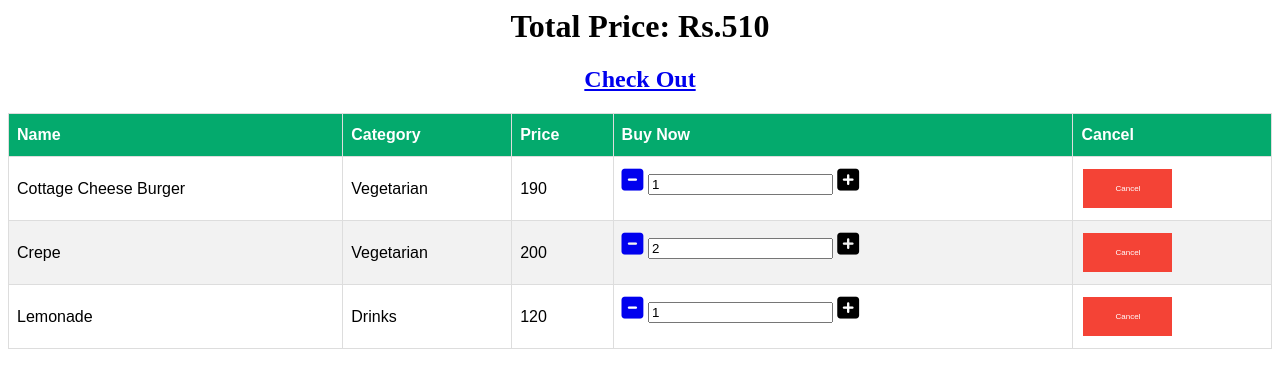
Repository: Shreya200012/FoodBox
Page: http://localhost/foodWeb/cart.jsp
An editor plug-in stored every save of this project. The page is shown before and after the next save, followed by the edit.
The browser window is 1280 px wide. The pictures show the whole page.
Some web libraries are served in a nearby version. The page is served by Tomcat 9. Other server files are loaded and not shown.

Above is the page before, as saved 2022-06-14 08:51:30.

### foodWeb/src/main/webapp/cart.jsp
<%@ page language="java" contentType="text/html; charset=ISO-8859-1"
    pageEncoding="ISO-8859-1"%>
<link rel="stylesheet" href="https://cdnjs.cloudflare.com/ajax/libs/font-awesome/6.1.1/css/all.min.css" />
<!DOCTYPE html>
<html>
<head>
<title>Cart Page</title>
<style>
#customers {
  font-family: Arial, Helvetica, sans-serif;
  border-collapse: collapse;
  width: 100%;
}

#customers td, #customers th {
  border: 1px solid #ddd;
  padding: 8px;
}

#customers tr:nth-child(even){background-color: #f2f2f2;}

#customers tr:hover {background-color: #ddd;}

#customers th {
  padding-top: 12px;
  padding-bottom: 12px;
  text-align: left;
  background-color: #04AA6D;
  color: white;
}
.button {
  background-color: #4CAF50; /* Green */
  border: none;
  color: white;
  padding: 15px 32px;
  text-align: center;
  text-decoration: none;
  display: inline-block;
  font-size: 8px;
  margin: 4px 2px;
  cursor: pointer;
}
.button3 {background-color: #f44336;} /* Red */
.btn-incre {
box-shadow:none;
font-size:25px;
}
.btn-decre{
box-shadow:none;
font-size:25px;
}


</style>
</head>
<body>
<div class="container">
<div class="d-flex py-3">
<h1 align="center">Total Price: Rs.510</h1>
<a class="mx-3 btn btn-primary" href="#" align="center"><h2>Check Out</h2></a>
</div>
<table id="customers">
<thead>
<tr>
<th scope="col">Name</th>
<th scope="col">Category</th>
<th scope="col">Price</th>
<th scope="col">Buy Now</th>
<th scope="col">Cancel</th>
</tr>
</thead>
<tbody>
<tr>
<td>Cottage Cheese Burger</td>
<td>Vegetarian</td>
<td>190</td>
<td>
<form action="" method="post" class="form-inline">
<input type="hidden" name="id" value="1" class="form-input">
<div class="form-group d-flex justify-content-between">
<a class="btn btn-sm btn-decre" href=" "><i class="fas fa-minus-square"></i></a>
<input type="text" name="quantity" class="form-control" value="1" readonly>
<a class="btn btn-sm btn-incre"><i class="fas fa-plus-square"></i></a>
</td>
<td>
<button class="button button3">Cancel</button>
</td>


</div>

</form>
</tr>
<tr>
<td>Crepe</td>
<td>Vegetarian</td>
<td>200</td>
<td>
<form action="" method="post" class="form-inline">
<input type="hidden" name="id" value="1" class="form-input">
<div class="form-group d-flex justify-content-between">
<a class="btn btn-sm btn-decre" href=" "><i class="fas fa-minus-square"></i></a>
<input type="text" name="quantity" class="form-control" value="2" readonly>
<a class="btn btn-sm btn-incre"><i class="fas fa-plus-square"></i></a>
</td>
<td>
<button class="button button3">Cancel</button>
</td>


</div>

</form>
</tr>
<tr>
<td>Lemonade</td>
<td>Drinks</td>
<td>120</td>
<td>
<form action="" method="post" class="form-inline">
<input type="hidden" name="id" value="1" class="form-input">
<div class="form-group d-flex justify-content-between">
<a class="btn btn-sm btn-decre" href=" "><i class="fas fa-minus-square"></i></a>
<input type="text" name="quantity" class="form-control" value="1" readonly>
<a class="btn btn-sm btn-incre"><i class="fas fa-plus-square"></i></a>
</td>
<td>
<button class="button button3">Cancel</button>
</td>


</div>

</form>
</tr>


</tbody>
</table>

</div>



</body>

After the next save:
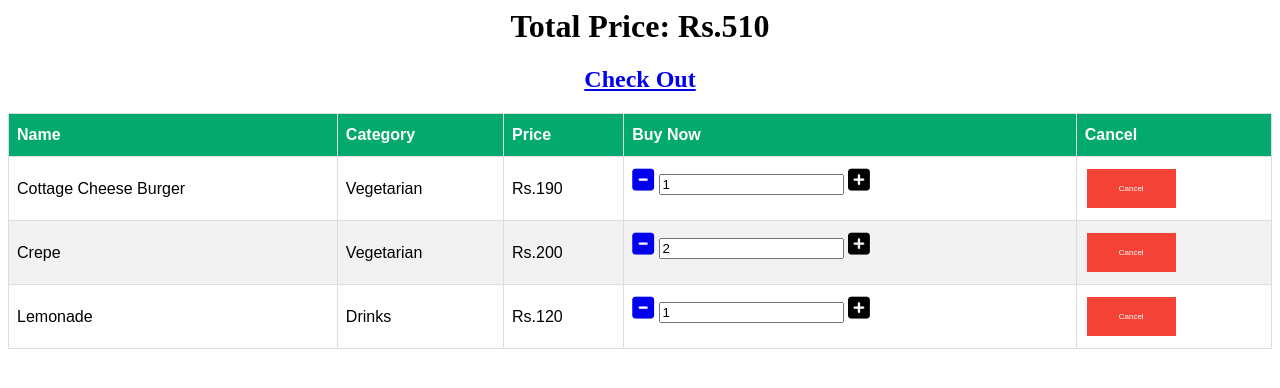
Saved 23 s later.
--- a/foodWeb/src/main/webapp/cart.jsp
+++ b/foodWeb/src/main/webapp/cart.jsp
@@ -73,7 +73,7 @@
 <tr>
 <td>Cottage Cheese Burger</td>
 <td>Vegetarian</td>
-<td>190</td>
+<td>Rs.190</td>
 <td>
 <form action="" method="post" class="form-inline">
 <input type="hidden" name="id" value="1" class="form-input">
@@ -94,7 +94,7 @@
 <tr>
 <td>Crepe</td>
 <td>Vegetarian</td>
-<td>200</td>
+<td>Rs.200</td>
 <td>
 <form action="" method="post" class="form-inline">
 <input type="hidden" name="id" value="1" class="form-input">
@@ -115,7 +115,7 @@
 <tr>
 <td>Lemonade</td>
 <td>Drinks</td>
-<td>120</td>
+<td>Rs.120</td>
 <td>
 <form action="" method="post" class="form-inline">
 <input type="hidden" name="id" value="1" class="form-input">
